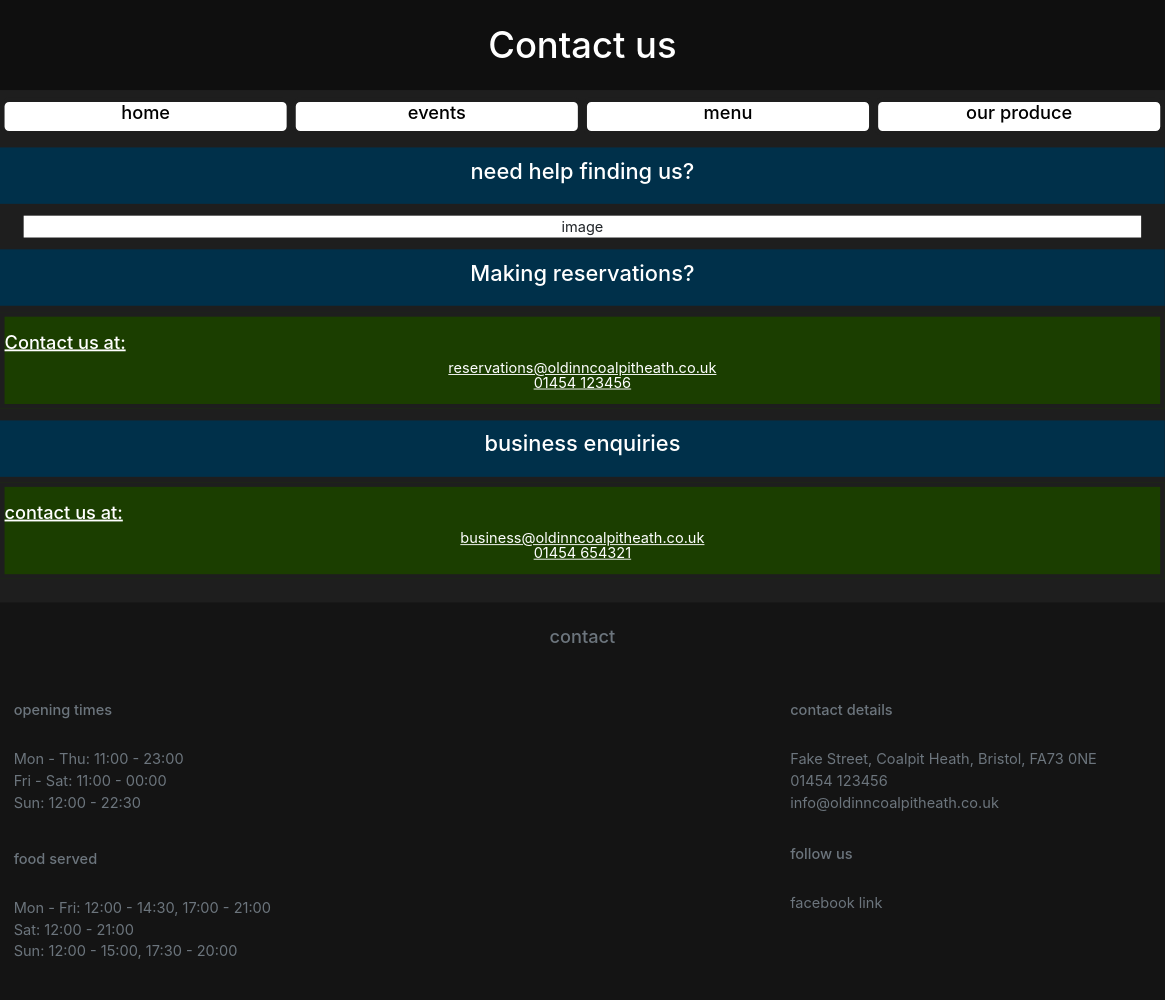
Repository: Code-Institute-Submissions/JamesLStudent-Milestone_One
Page: contacts.html
The author's editor kept a record of every edit. The page is drawn from the files as they stood at one moment, then again after the next edit.
The browser window is 1280 px wide. The pictures show the whole page, at 91% of full size.

Above is the page before.
Console error: TypeError: Cannot read properties of undefined (reading 'fn')

### contacts.html
<!DOCTYPE html>
<html lang="en">

<head>
    <meta charset="UTF-8">
    <meta name="viewport" content="width=device-width, initial-scale=1.0">
    <meta http-equiv="X-UA-Compatible" content="ie=edge">
    <title>Old Inn - Contact details</title>
    <link href="Assets/main.css" rel="stylesheet" type="text/css" />
    <link rel="stylesheet" href="https://stackpath.bootstrapcdn.com/bootstrap/4.3.1/css/bootstrap.min.css" integrity="sha384-ggOyR0iXCbMQv3Xipma34MD+dH/1fQ784/j6cY/iJTQUOhcWr7x9JvoRxT2MZw1T" crossorigin="anonymous">
    <script src="https://stackpath.bootstrapcdn.com/bootstrap/4.3.1/js/bootstrap.min.js" integrity="sha384-JjSmVgyd0p3pXB1rRibZUAYoIIy6OrQ6VrjIEaFf/nJGzIxFDsf4x0xIM+B07jRM" crossorigin="anonymous"></script>
</head>

<body class="bg">
    <div class="h1-box">
        <h1>Contact us</h1>
    </div>
    <a href="index.html">
        <div class="col-6 col-md-12 col-lg-3 navigation-item black-text">
            <h5>home</h5>
        </div>
    </a>
    <a href="events.html">
        <div class="col-6 col-md-12 col-lg-3 navigation-item black-text">
            <h5>events</h5>
        </div>
    </a>
    <a href="menu.html">
        <div class="col-12 col-md-12 col-lg-3 navigation-item black-text">
            <h5>menu</h5>
        </div>
    </a>
    <a href="produce.html">
        <div class="col-12 col-md-12 col-lg-3 navigation-item black-text">
            <h5>our produce</h5>
        </div>
    </a>
    <div class="centerer">
        <div class="subtitle">
            <h4>need help finding us?</h4>
        </div>
        <div class="image spacer">image</div>
        <div class="subtitle">
            <h4>Making reservations?</h4>
        </div>
        <div class="sub-box">
            <p class="text-muted">
                <h5 class="left-align">Contact us at:</h5>
                reservations@oldinncoalpitheath.co.uk</br>
                01454 123456
            </p>
        </div>
        <div class="subtitle">
            <h4>business enquiries</h4>
        </div>
        <div class="sub-box">
            <p>
                <h5 class="left-align">contact us at:</h5>
                business@oldinncoalpitheath.co.uk</br>
                01454 654321
            </p>
        </div>
        <footer>
            <div class="footer">
                <div class="col-12 footer-div text-muted">
                    <h5>contact</h5>
                </div>
                <div class="col-12 col-md-6 col-lg-8 left footer-div text-muted left-align">
                    <h6>opening times</h6>
                    <p class="left-align">
                        </br>
                        Mon - Thu: 11:00 - 23:00</br>
                        Fri - Sat: 11:00 - 00:00</br>
                        Sun: 12:00 - 22:30</br>
                        </br>
                    </p>
                    <h6>food served</h6>
                    <p class="left-align">
                        </br>
                        Mon - Fri: 12:00 - 14:30, 17:00 - 21:00</br>
                        Sat: 12:00 - 21:00</br>
                        Sun: 12:00 - 15:00, 17:30 - 20:00</p>
                </div>
                <div class="col-12 col-md-6 col-lg-4 left footer-div text-muted left-align">
                    <h6>contact details</h6>
                    <p class="left-align">
                        </br>Fake Street, Coalpit Heath, Bristol, FA73 0NE</br>01454 123456</br>
                        info@oldinncoalpitheath.co.uk</p>
                    <h6>
                        </br>follow us</h6>
                    <p>
                        </br>facebook link</p>
                </div>
            </div>
        </footer>
    </div>
</body>

</html>

### Assets/main.css
/*----------------- STYLES APPEARING ON MULTIPLE PAGES -----------------*/

.bg {
    position: absolute;
    top: 0;
    left: 0;
    bottom: 0;
    right: 0;
    display: block;
    background-color: #1e1e1e;
}

h1 {
    text-align: center;
    min-height: 40px;
    height: auto;
    padding: 2% 0 2% 0;
    color: #FFFFFF;
    background: rgba(0, 0, 0, 0.5);
}

.subtitle {
    text-align: center;
    padding: 3% 0 3% 0;
    margin: 5% 0 0 0;
    display: inline-block;
    width: 100%;
    min-height: 15px;
    height: auto;
    background-color: #00304A;
    color: #FFFFFF;
}

.sub-box {
    background-color: #1B3E00;
    height: auto;
    border: 5px solid #1e1e1e;
    line-height: 100%;
    margin-top: 3%;
    min-height: 6%;
    height: auto;
    color: #FFFFFF;
    text-decoration: underline;
}

.black-text {
    color: black;
}

.grey-text {
    color: #212529;
}

footer {
    min-height: 20%;
    height: auto;
    display: block;
    bottom: 0;
    position: relative;
}

.footer {
    display: inline-block;
    margin-top: 5%;
    width: 100%;
    min-height: 100%;
    height: auto;
    background-color: #141414;
}

.centerer {
    height: 100%;
    text-align: center;
}

.left {
    float: left;
}

.right {
    float: right;
}

.clear {
    padding: 0;
    margin: 0;
}

.footer-div {
    padding: 2%;
}

.left-align {
    text-align: left;
}

.inline {
    display: inline-block;
}

/*----------------- MAIN NAV ITEM -----------------*/

.navigation-item {
    background-color: #FFFFFF;
    float: left;
    text-align: center;
    border-radius: 10px;
    border: 5px solid #1e1e1e;
}

/*----------------- HOMEPAGE STYLE -----------------*/

.history {
    margin: 5% 2% 0 2%;
    display: inline-block;
    text-align: center;
    width: 96%;
    min-height: 50%;
    height: auto;
    background-color: #4A0030;
    padding: 0 2% 0 2%;
}

.alt-link {
    margin: 1% 2% 0% 2%;
    display: inline-block;
    text-align: center;
    width: 96%;
    min-height: 5%;
    height: auto;
    background-color: #2D2D2D;
    color: #FFFFFF;
}

.index-h1-background {
    background-image: url("./images/index-h1.jpg");
    background-position: center;
    background-repeat: no-repeat;
    background-size: cover;
    min-height: auto;
}

.history-img-one {
    background-image: url("./images/history-1.jpg");
    background-position: center;
    background-repeat: no-repeat;
    background-size: cover;
    height: 200px;
    width: 250px;
}

.history-img-two {
    background-image: url("./images/history-2.jpg");
    background-position: center;
    background-repeat: no-repeat;
    background-size: cover;
    height: 200px;
    width: 250px;
}

/*----------------- MENU STYLE -----------------*/

.small-link {
    line-height: 100%;
    display: inline-block;
    text-align: center;
    height: auto;
    background-color: #4A0030;
    border-radius: 10px;
    border: 5px solid #1e1e1e;
    color: #FFFFFF;
}

.food {
    width: 30%;
    float: left;
    padding: 0;
}

.food-desc {
    width: 50%;
    float: left;
    border-left: 1px solid white;
    border-right: 1px solid white;
}

.food-cost {
    width: 20%;
    float: left;
}

.vert-align {
    position: relative;
    top: 50%;
    transform: translateY(-50%);
}

.menu-h1-background {
    background-image: url("./images/menu-h1.jpg");
    background-position: center;
    background-repeat: no-repeat;
    background-size: cover;
    min-height: auto;
}

/*----------------- EVENTS STYLE -----------------*/

.img-text {
    background-color: #304A00;
    height: auto;
    border-bottom: 5px solid #1e1e1e;
    border-right: 5px solid #1e1e1e;
    border-left: 5px solid #1e1e1e;
    line-height: 100%;
}

.image {
    height: auto;
    width: 96%;
    margin: 2% 2% 0 2%;
    background-color: #FFFFFF;
}

.spacer {
    margin-top: 5%;
}

.events-h1-background {
    background-image: url("./images/events-h1.jpg");
    background-position: center;
    background-repeat: no-repeat;
    background-size: cover;
    min-height: auto;
}

/*----------------- PRODUCE STYLE -----------------*/

.produce {
    padding: 0 3% 0 3%;
}

.produce-h1-background {
    background-image: url("./images/produce-h1.jpg");
    background-position: center;
    background-repeat: no-repeat;
    background-size: cover;
    min-height: auto;
}

/*----------------- PRODUCE STYLE -----------------*/

.contacts-h1-background {
    background-image: url("./images/contacts-h1.jpg");
    background-position: center;
    background-repeat: no-repeat;
    background-size: cover;
    min-height: auto;
}

/*----------------- TABLET MEDIA QUERIES -----------------*/

@media (min-width: 768px) {
    .footer {
        margin-top: 3%;
    }
    .history {
        margin-top: 3%;
    }
    .alt-link {
        margin-top: 1%;
    }
    .subtitle {
        margin-top: 2.5%;
        padding: 1% 0 1% 0;
    }
    .spacer {
        margin-top: 3%;
    }
    .sub-box {
        margin-top: 2%;
    }
    .history-img-one {
        height: 400px;
        width: 450px;
    }
}

/*----------------- DESKTOP MEDIA QUERIES -----------------*/

@media (min-width: 992px) {
    .footer {
        margin-top: 2%;
    }
    .history {
        margin-top: 1%;
    }
    .alt-link {
        margin-top: 0.5%;
    }
    .subtitle {
        margin-top: 1%;
    }
    .spacer {
        margin-top: 1%;
    }
    .sub-box {
        margin-top: 0.5%;
    }
}

After the next edit:
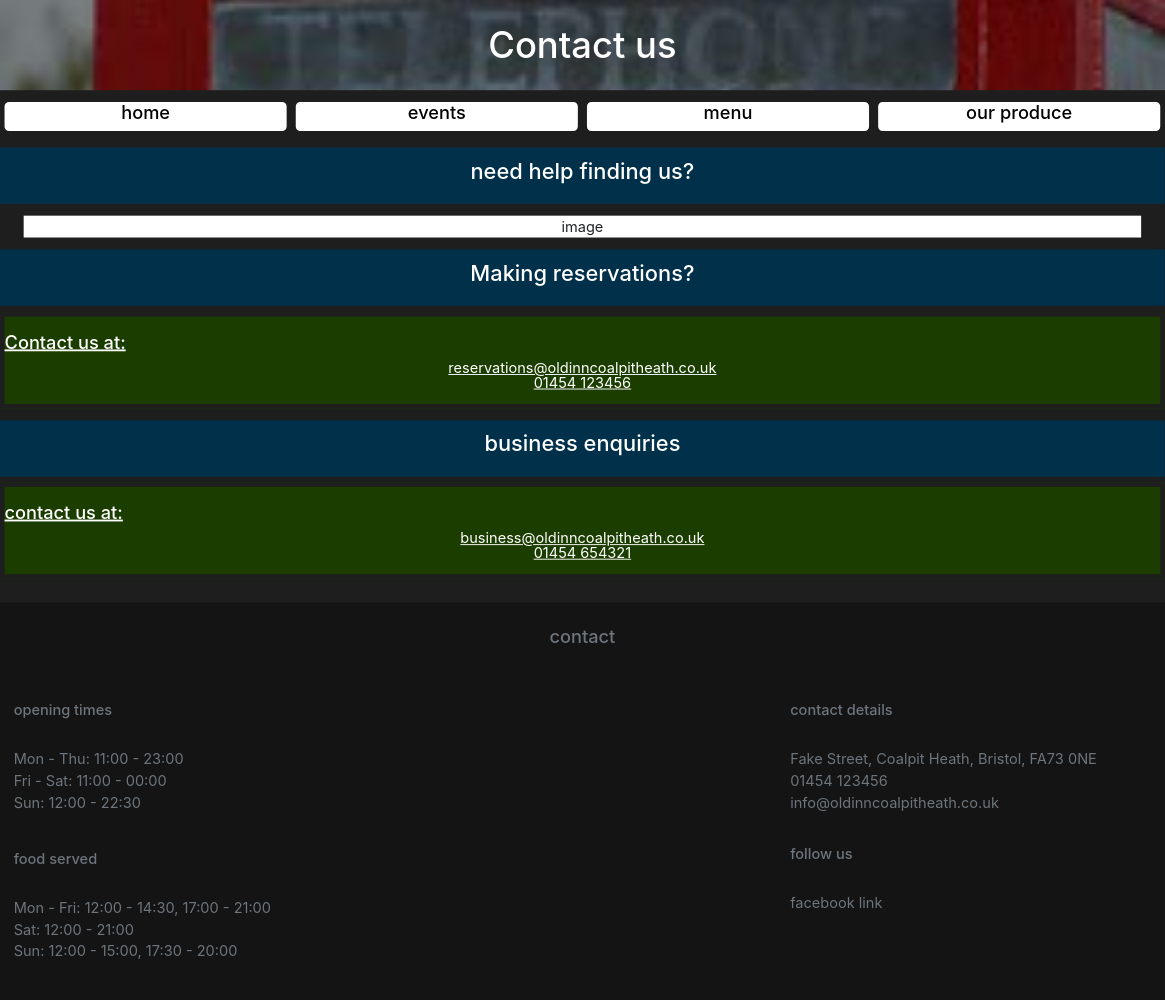
The edit:
--- a/contacts.html
+++ b/contacts.html
@@ -12,7 +12,7 @@
 </head>
 
 <body class="bg">
-    <div class="h1-box">
+    <div class="contacts-h1-background">
         <h1>Contact us</h1>
     </div>
     <a href="index.html">
